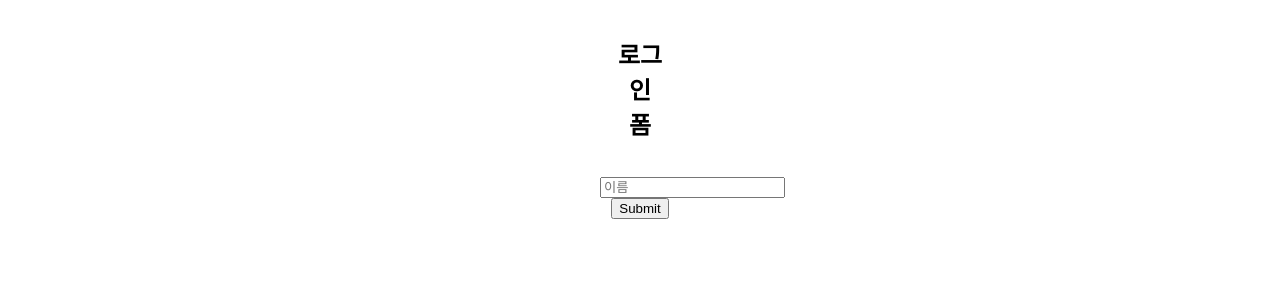
Repository: Leesuhwan1445/jspworks
Page: http://localhost/jweb01/cart/loginForm.jsp
These files come from the project's save history. The page is drawn as it stood at one moment and after the next save; the edit follows.
The browser window is 1280 px wide. The pictures show the whole page.
The page is served by Tomcat 10. Other server files are loaded and not shown.

Above is the page before, as saved 2025-10-13 03:10:07.

### jweb01/src/main/webapp/cart/loginForm.jsp
<%@ page language="java" contentType="text/html; charset=UTF-8"
    pageEncoding="UTF-8"%>
<!DOCTYPE html>
<html>
<head>
<meta charset="UTF-8">
<title>로그인 폼</title>
<style>
#container{width: 80px; margin: 0 auto; text-align: center;}
h2{border-botton: 2px solid #444; padding: 16px;}
</style>
</head>
<body>

	<section id = container>
	<h2>로그인 폼</h2>
	<form action="selProduct.jsp" method="post">

	<p>
		<input type="text" name="username" placeholder = "이름">
		<input type="submit" name="로그인">
	</p>

	</form>
	</section>
</body>
</html>

After the next save:
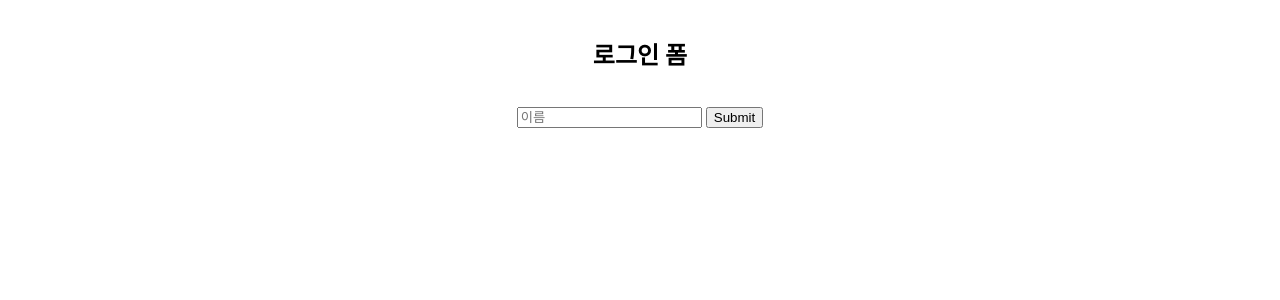
Saved 16 s later.
--- a/jweb01/src/main/webapp/cart/loginForm.jsp
+++ b/jweb01/src/main/webapp/cart/loginForm.jsp
@@ -6,7 +6,7 @@
 <meta charset="UTF-8">
 <title>로그인 폼</title>
 <style>
-#container{width: 80px; margin: 0 auto; text-align: center;}
+#container{width: 80%; margin: 0 auto; text-align: center;}
 h2{border-botton: 2px solid #444; padding: 16px;}
 </style>
 </head>
